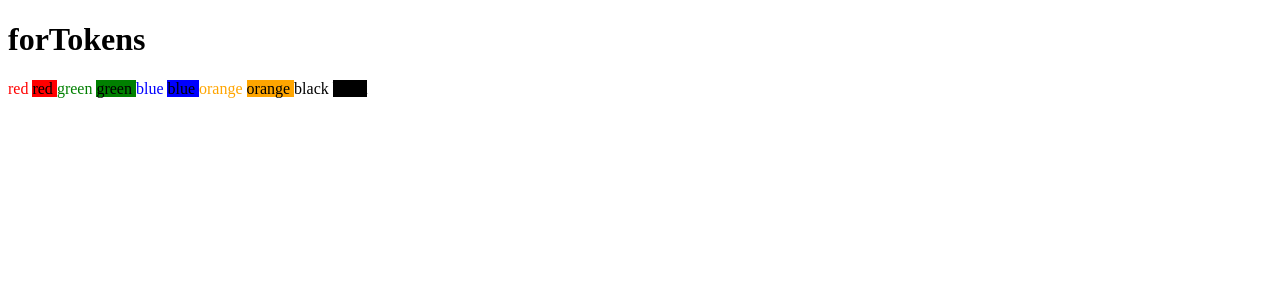
Repository: Jh1227/JSP
Page: http://localhost/13_JSTL/ex07_forTokens.jsp
The author's editor kept a copy of each file at every save. The page is drawn from the files as they stood at one save, then again after the next save.
The browser window is 1280 px wide. The pictures show the whole page.
The page is served by Tomcat 9.

Above is the page before, as saved 2023-04-11 03:49:13.

After the next save:
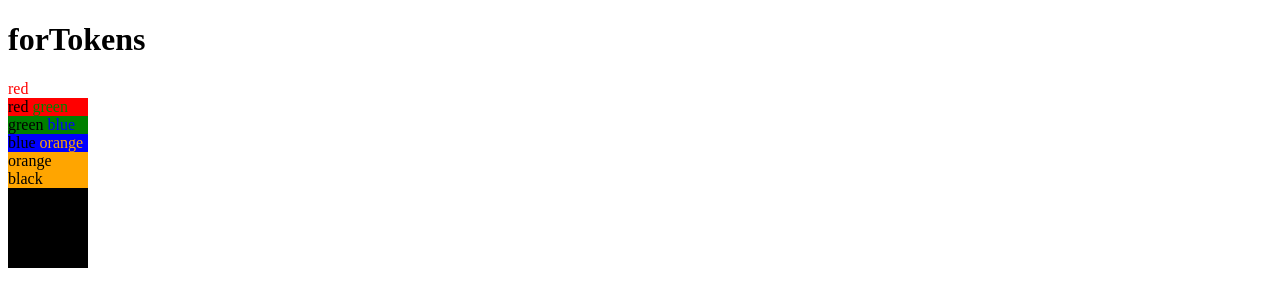
Saved 11 s later.
--- a/13_JSTL/src/main/webapp/ex07_forTokens.jsp
+++ b/13_JSTL/src/main/webapp/ex07_forTokens.jsp
@@ -25,7 +25,7 @@
 	%>
 	<c:forTokens var ="stn" items ="<%=colors %>" delims =",">
 		<span style ="color:${stn };"> ${stn } </span>
-		<span style ="width: 80px; height: 80px; background-color:${stn };"> ${stn } </span>
+		<div style ="width: 80px; height: 80px; background-color:${stn };"> ${stn } </span>
 	</c:forTokens>
 </body>
 </html>
